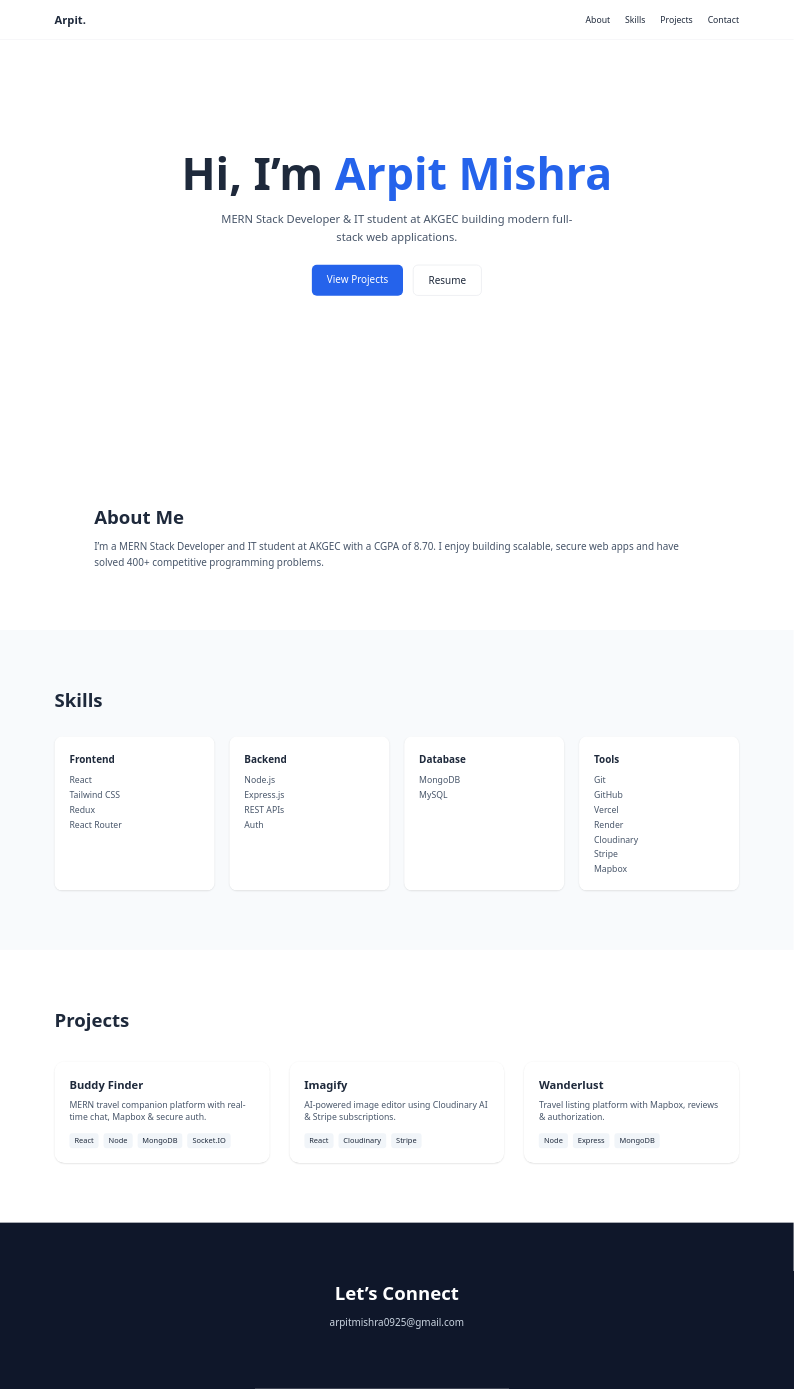
Repository: arpit-925/arpit_portfolio
Page: /
An editor plug-in stored every save of this project. The page is shown before and after the next save, followed by the edit.
The browser window is 1280 px wide. The pictures show the whole page, at 62% of full size.
The project was rebuilt for these pictures with package versions that can differ from the ones it lists, and the page was loaded fresh each time. Also part of the build but not shown: vite.config.js.

Above is the page before, as saved 2026-01-27 14:05:31.

After the next save:
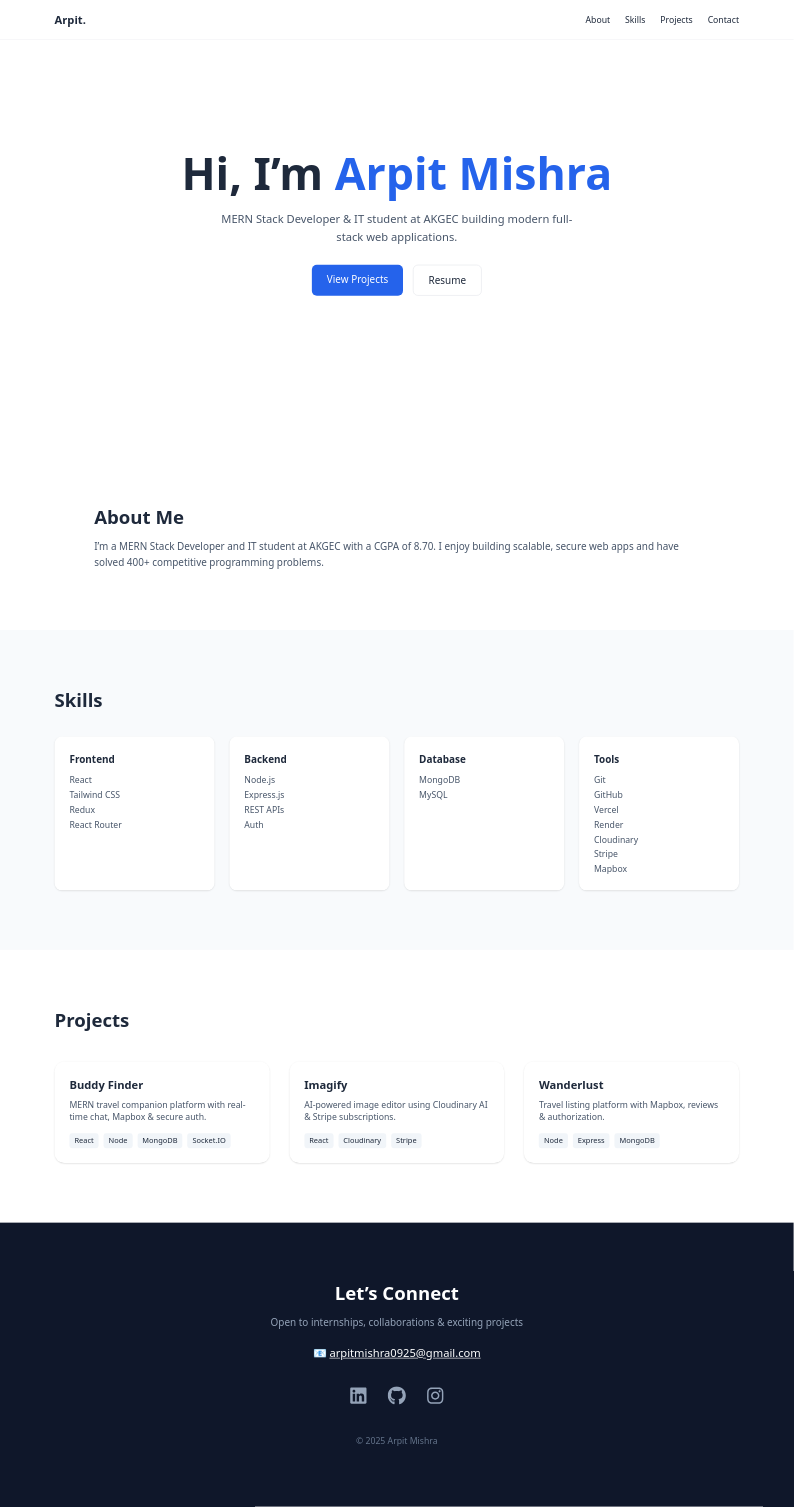
Saved 88 s later.
--- a/src/components/Contact.jsx
+++ b/src/components/Contact.jsx
@@ -1,13 +1,80 @@
 import { motion } from "framer-motion";
 import { fadeUp } from "../styles/animations";
+import { FaLinkedin, FaGithub, FaInstagram } from "react-icons/fa";
+
+const socials = [
+  {
+    name: "LinkedIn",
+    icon: FaLinkedin,
+    link: "https://linkedin.com/in/arpit925",
+    color: "hover:text-blue-600",
+  },
+  {
+    name: "GitHub",
+    icon: FaGithub,
+    link: "https://github.com/arpit-925",
+    color: "hover:text-gray-300",
+  },
+  {
+    name: "Instagram",
+    icon: FaInstagram,
+    link: "https://instagram.com/your_instagram_username",
+    color: "hover:text-pink-500",
+  },
+];
 
 const Contact = () => {
   return (
-    <section id="contact" className="py-24 bg-slate-900 text-white text-center">
-      <motion.div initial="hidden" whileInView="visible" variants={fadeUp}>
+    <section
+      id="contact"
+      className="py-24 bg-slate-900 text-white text-center"
+    >
+      <motion.div
+        initial="hidden"
+        whileInView="visible"
+        variants={fadeUp}
+        className="max-w-xl mx-auto"
+      >
         <h2 className="text-3xl font-bold">Let’s Connect</h2>
-        <p className="mt-4 text-slate-300">
-          arpitmishra0925@gmail.com
+        <p className="mt-4 text-slate-400">
+          Open to internships, collaborations & exciting projects
+        </p>
+
+        {/* EMAIL */}
+        <p className="mt-6 text-lg">
+          📧{" "}
+          <a
+            href="mailto:arpitmishra0925@gmail.com"
+            className="underline hover:text-blue-400"
+          >
+            arpitmishra0925@gmail.com
+          </a>
+        </p>
+
+        {/* SOCIAL ICONS */}
+        <div className="flex justify-center gap-8 mt-10">
+          {socials.map((s) => {
+            const Icon = s.icon;
+            return (
+              <motion.a
+                key={s.name}
+                href={s.link}
+                target="_blank"
+                rel="noreferrer"
+                whileHover={{ y: -6, scale: 1.1 }}
+                transition={{ type: "spring", stiffness: 300 }}
+                className={`text-3xl text-slate-400 ${s.color}`}
+                aria-label={s.name}
+              >
+                <Icon />
+              </motion.a>
+            );
+          })}
+        </div>
+
+        {/* FOOTER LINE */}
+        <p className="mt-12 text-sm text-slate-500">
+          © {new Date().getFullYear()} Arpit Mishra
         </p>
       </motion.div>
     </section>
